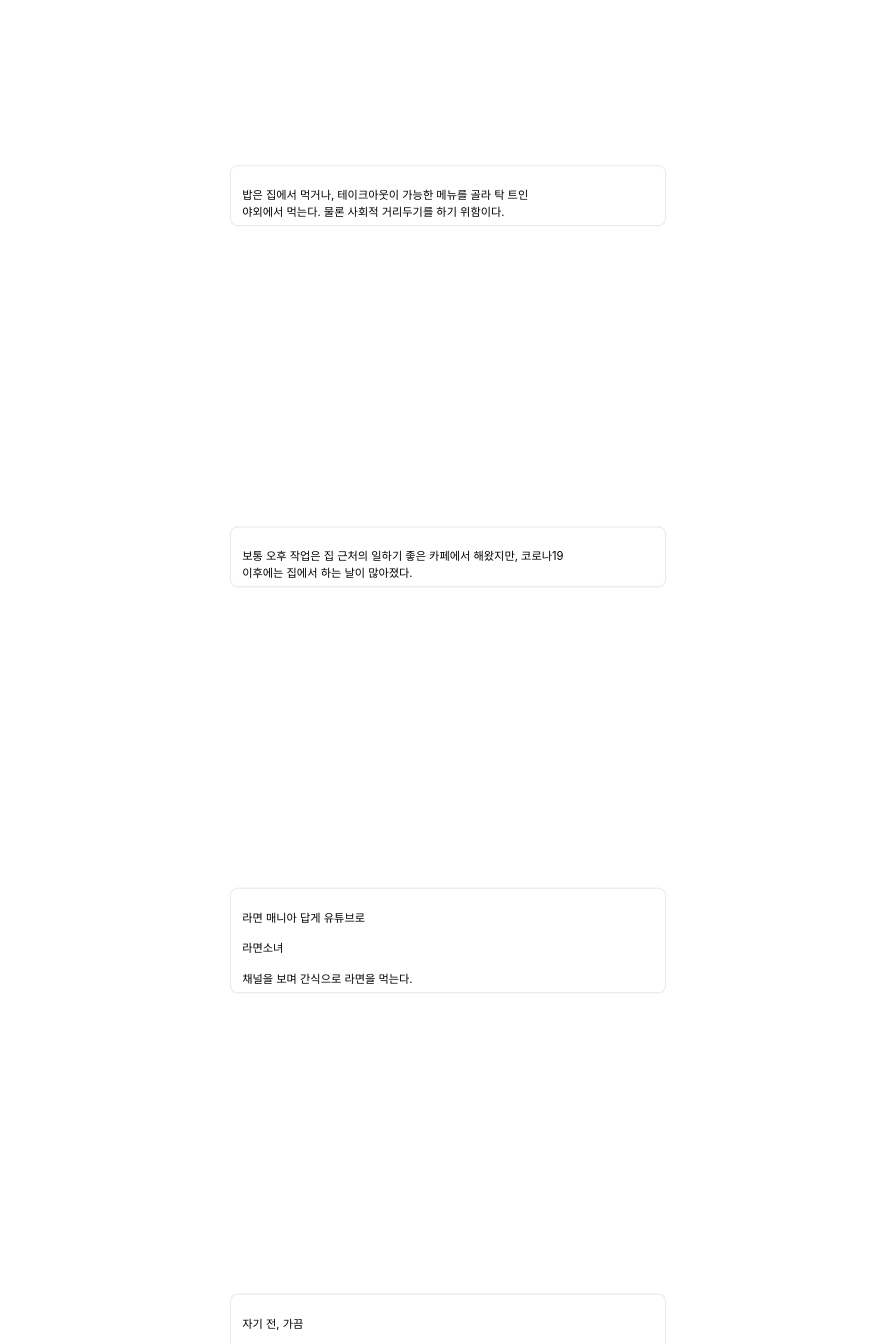
Repository: westone034626/ReactPractice
Page: /
These files come from the project's save history. The page is drawn as it stood at one moment and after a run of saves; the edit follows.
The browser window is 1280 px wide. The pictures show the part of the page from y = 3192 to 5112 px (the page is 6710 px tall before and 6570 px after), at 70% of full size.
The project was rebuilt for these pictures with package versions that can differ from the ones it lists, and the page was loaded fresh each time. Also part of the build but not shown: src/App.css.

Above is the page before, as saved 2021-10-31 23:46:35.

After the next 8 saves:
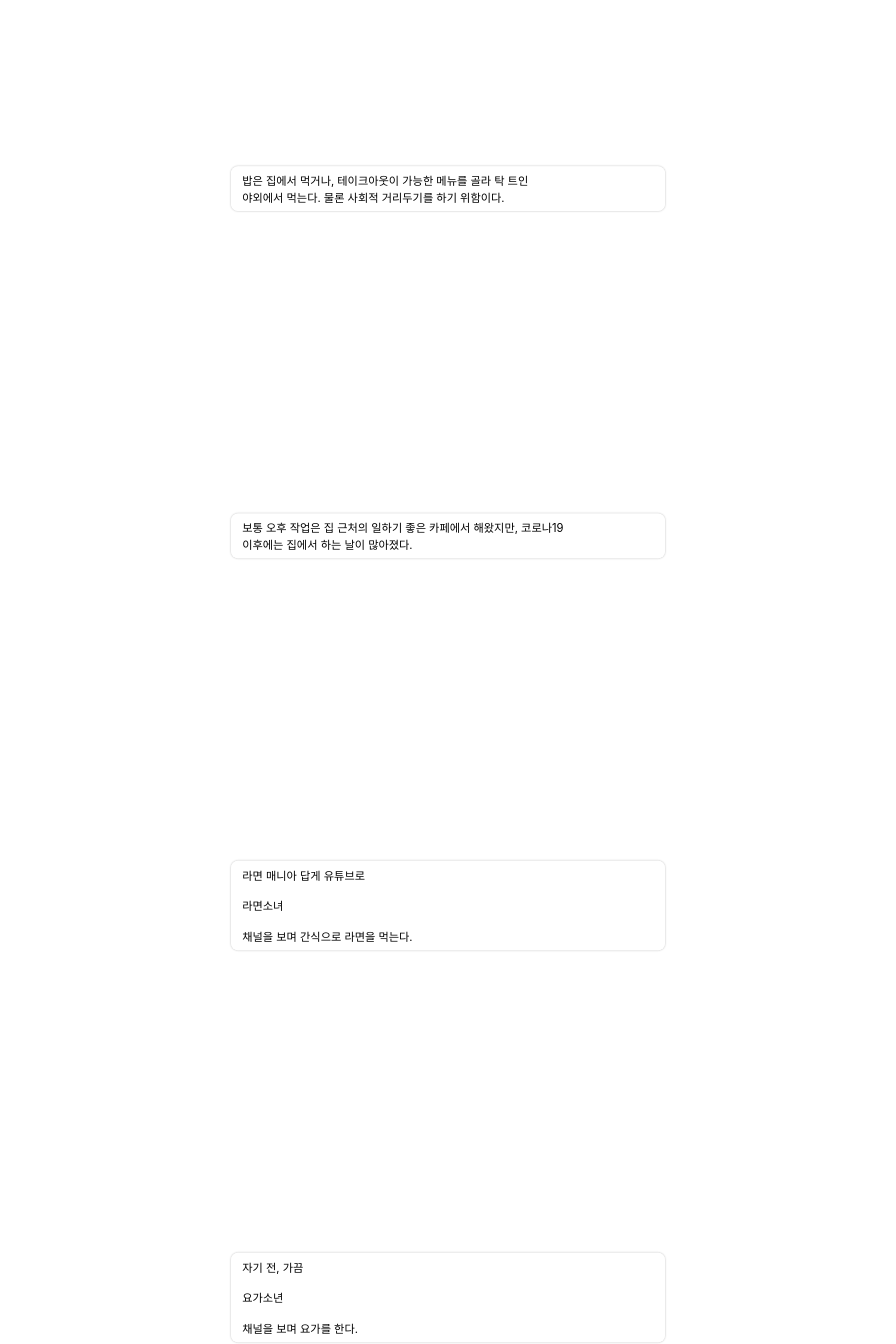
The 8 saves are shown as one change because they came seconds apart.
The last was saved 20 s later.
--- a/src/App.js
+++ b/src/App.js
@@ -93,24 +93,21 @@ function App() {
           </div>
           <div className={styles.step}>
             <p style={{ whiteSpace: 'pre-line' }}>
-              {`
-              밥은 집에서 먹거나, 테이크아웃이 가능한 메뉴를 골라 탁 트인
+              {`밥은 집에서 먹거나, 테이크아웃이 가능한 메뉴를 골라 탁 트인
               야외에서 먹는다. 물론 사회적 거리두기를 하기 위함이다.
           `}
             </p>
           </div>
           <div className={styles.step}>
             <p style={{ whiteSpace: 'pre-line' }}>
-              {`
-              보통 오후 작업은 집 근처의 일하기 좋은 카페에서 해왔지만, 코로나19
+              {`보통 오후 작업은 집 근처의 일하기 좋은 카페에서 해왔지만, 코로나19
               이후에는 집에서 하는 날이 많아졌다.
               `}
             </p>
           </div>
           <div className={styles.step}>
             <p style={{ whiteSpace: 'pre-line' }}>
-              {`
-              라면 매니아 답게 유튜브로
+              {`라면 매니아 답게 유튜브로
 
                 라면소녀
 
@@ -120,8 +117,7 @@ function App() {
           </div>
           <div className={styles.step}>
             <p style={{ whiteSpace: 'pre-line' }}>
-              {`
-              자기 전, 가끔
+              {`자기 전, 가끔
 
                 요가소년
 
@@ -131,8 +127,7 @@ function App() {
           </div>
           <div className={styles.step}>
             <p style={{ whiteSpace: 'pre-line' }}>
-              {`
-              일과를 마치고
+              {`일과를 마치고
               폰질을 한다 잠자리에
               든다.
               `}
@@ -143,16 +138,14 @@ function App() {
       <div className={`${styles.normalContent} ${styles.globalWidth}`}>
         <h2>도시를 떠나는 사람들</h2>
         <p style={{ whiteSpace: 'pre-line' }}>
-          {`
-          원격근무 하시는 개발자 디자이너분들, 제주로 오세요. 진짜 좋아요. Lorem
+          {`원격근무 하시는 개발자 디자이너분들, 제주로 오세요. 진짜 좋아요. Lorem
           ipsum dolor sit amet consectetur adipisicing elit. Blanditiis ullam
           culpa ab, laborum repellat ut quae deleniti nostrum sapiente illum!
           `}
         </p>
         <h2>언택트 시대가 온다</h2>
         <p style={{ whiteSpace: 'pre-line' }}>
-          {`
-          언택트(Untact)'란 '콘택트(contact: 접촉하다)'에서 부정의 의미인
+          {`언택트(Untact)'란 '콘택트(contact: 접촉하다)'에서 부정의 의미인
           '언(un-)을 합성한 말로, 기술의 발전을 통해 비대면으로 이루어지는 활동
           경향을 의미한다. Lorem ipsum dolor sit amet consectetur adipisicing
           elit. Nam provident voluptatum numquam dolorum, quod odio.
